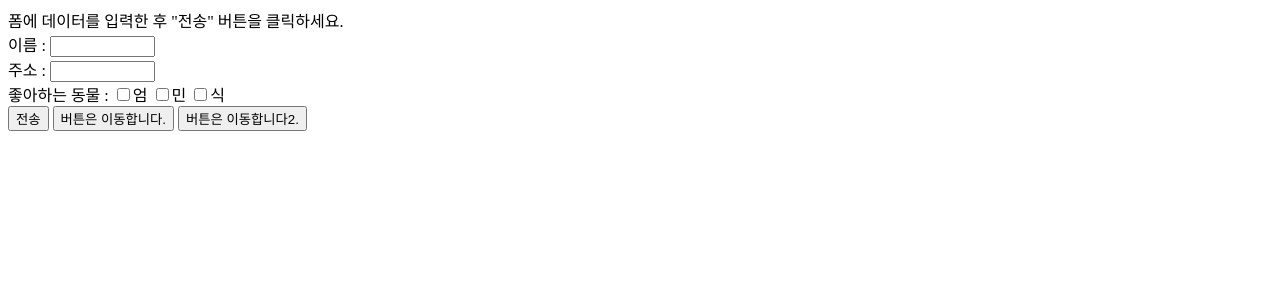
Repository: eParkjongtaek/lovedisket
Page: http://localhost/KH18_1/0905/12makeTestForm.jsp
An editor plug-in stored every save of this project. The page is shown before and after a run of saves, followed by the edit.
The browser window is 1280 px wide. The pictures show the whole page.
The page is served by Tomcat 9.

Above is the page before, as saved 2017-09-05 06:11:13.

After the next 2 saves:
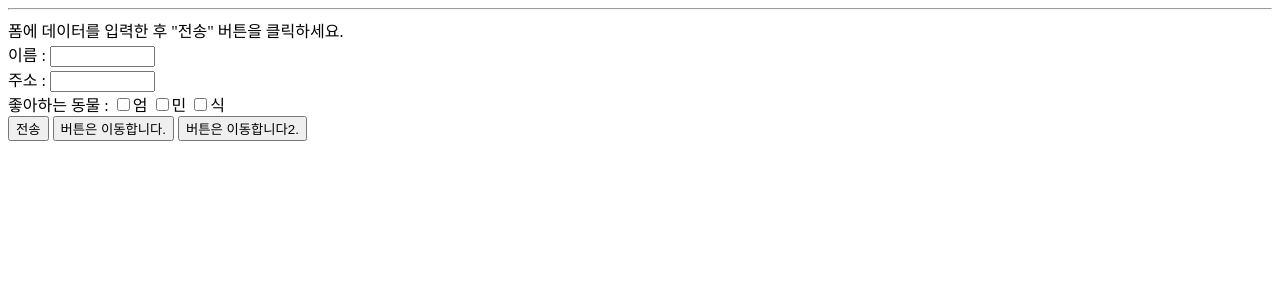
The 2 saves are shown as one change because they came seconds apart.
The last was saved 6 s later.
--- a/source/KH18_1/WebContent/0905/12makeTestForm.jsp
+++ b/source/KH18_1/WebContent/0905/12makeTestForm.jsp
@@ -23,7 +23,7 @@
 		</script>
 	</head>
 	<body>
-		<span class="test1">폼에 데이터를 입력한 후 "전송" 버튼을 클릭하세요.</span>
+		<hr>폼에 데이터를 입력한 후 "전송" 버튼을 클릭하세요.</hr>
 		<form id="form1" action="./13viewParameter.jsp" method="post">
 			이름 : <input type="text" name="name" size="10"><br/>
 			주소 : <input type="text" name="address" size="10"><br/>
